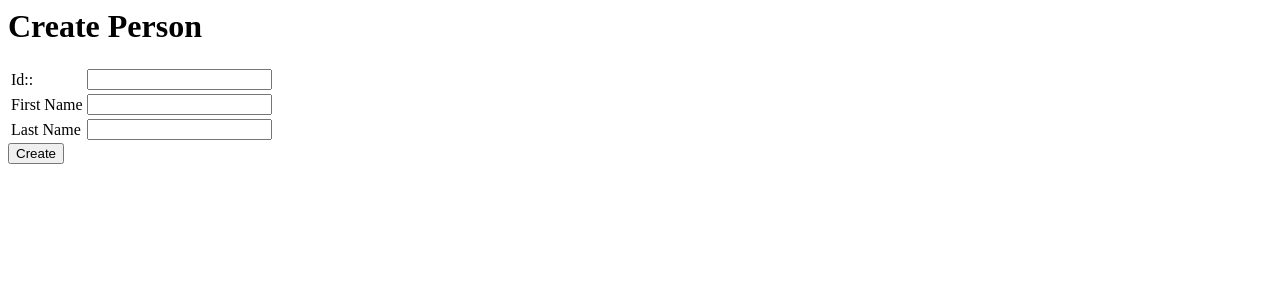
Repository: PradeepBala402/Pradeep
Page: http://localhost/MVC-Crud/mvc/createPerson
The author's editor kept a copy of each file at every save. The page is drawn from the files as they stood at one save, then again after the next save.
The browser window is 1280 px wide. The pictures show the whole page.
The page is served by Tomcat 9.

Above is the page before, as saved 2019-10-09 08:08:18.

After the next save:
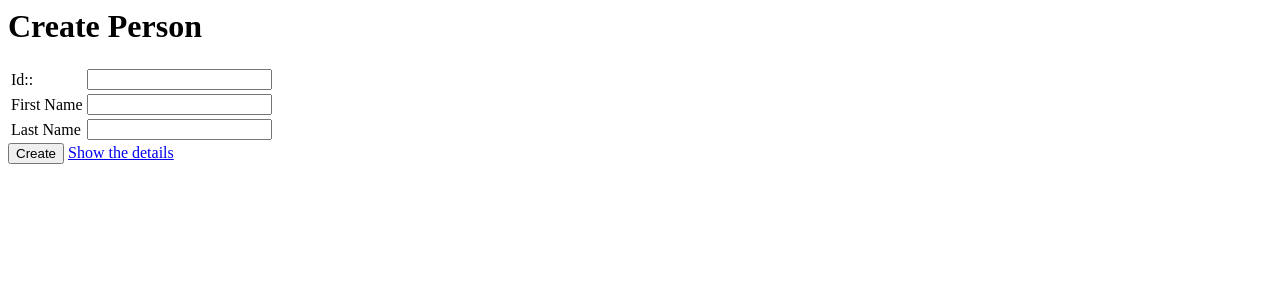
Saved 45 s later.
--- a/MVC-Crud/src/main/webapp/WEB-INF/pages/personCreate.jsp
+++ b/MVC-Crud/src/main/webapp/WEB-INF/pages/personCreate.jsp
@@ -22,6 +22,7 @@
             </tr>
         </table>
         <form:button name="Create">Create</form:button>
+        <a href='personList.jsp'>Show the details</a>
     </form:form>
     <br />
     <font color="red"> ${message} </font>
